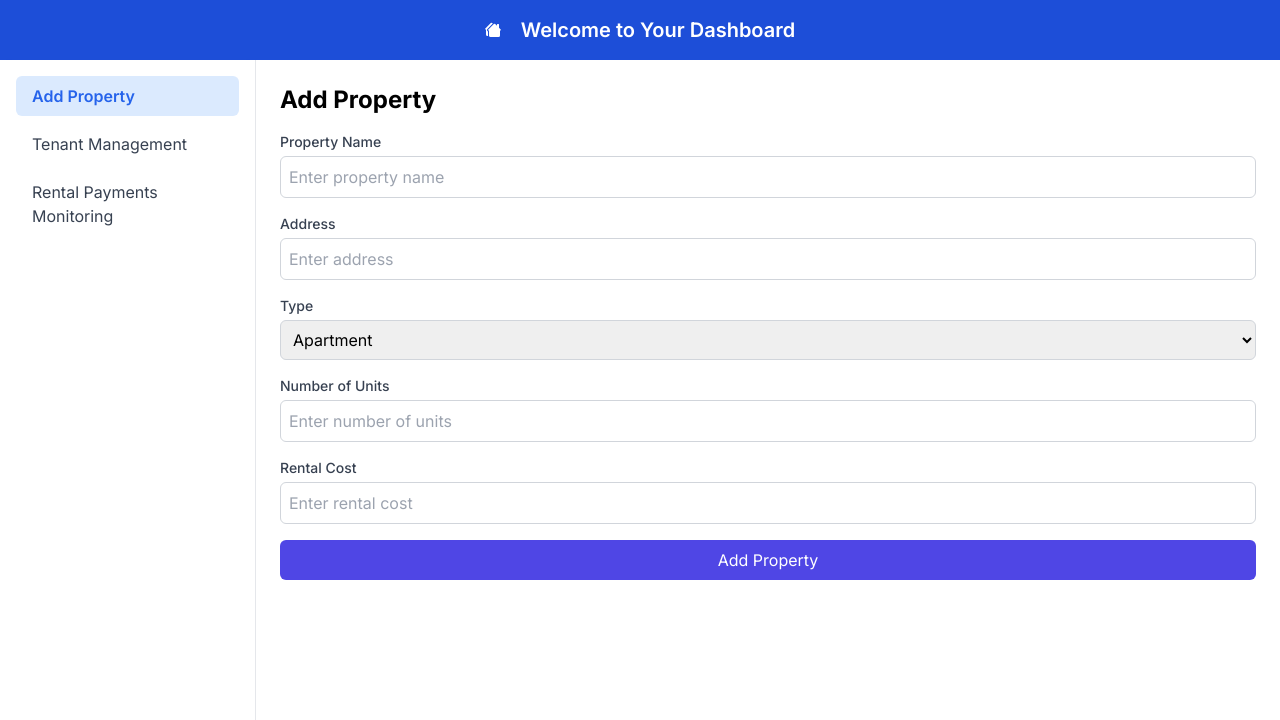
Repository: NassimeElkamari/Horizon-Housing
Page: /dashboard
These files come from the project's save history. The page is drawn as it stood at one moment and after the next save; the edit follows.
The browser window is 1280 px wide. The pictures show the whole page.
The project was rebuilt for these pictures with package versions that can differ from the ones it lists, and the page was loaded fresh each time. The framework's server and built-in components were replaced by stand-ins that run in the browser. Also part of the build but not shown: next.config.mjs, src/components/TenantManagement.tsx, src/components/PropertiesTable.tsx, src/components/RentalPaymentsMonitoring.tsx.

Above is the page before, as saved 2024-08-28 21:02:02.

After the next save:
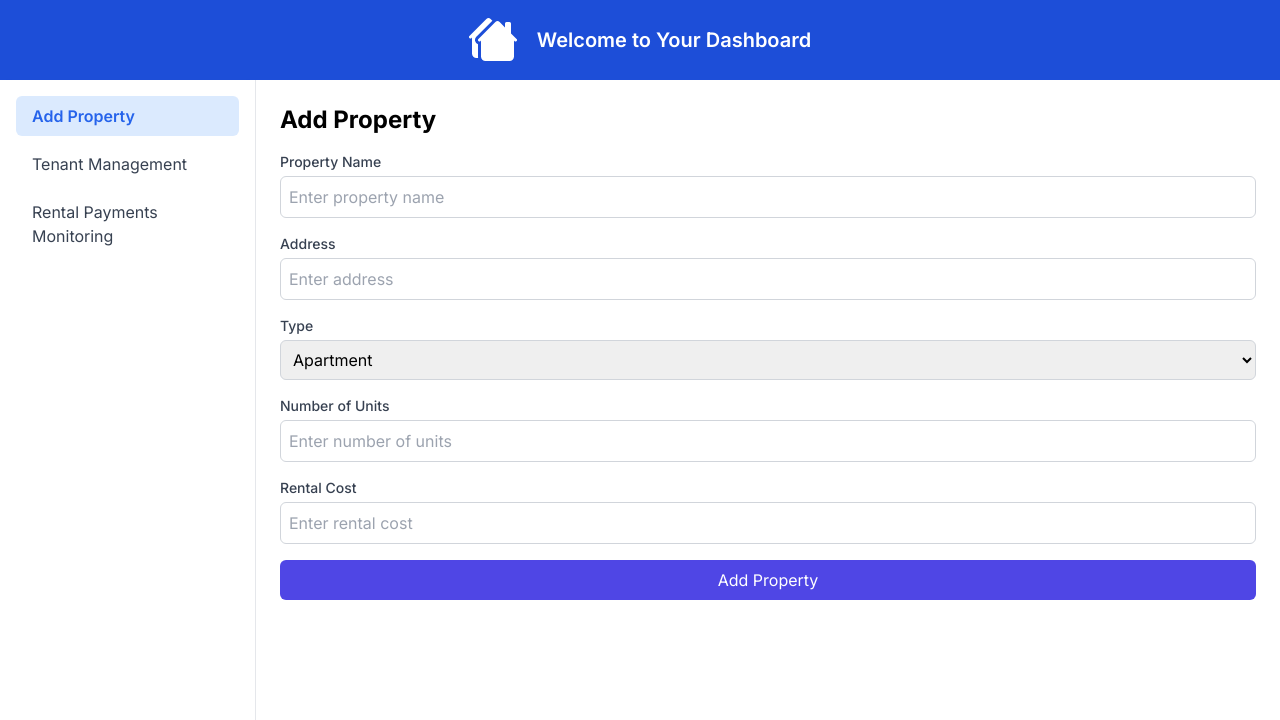
Saved 6 s later.
--- a/src/app/dashboard/page.tsx
+++ b/src/app/dashboard/page.tsx
@@ -14,7 +14,7 @@ const DashboardPage = () => {
   return (
     <div className="min-h-screen flex flex-col bg-gray-50">
       <header className="bg-blue-700 text-white p-4 shadow-md flex justify-center items-center gap-5">
-        <BsFillHousesFill color='white' className='w'/>
+        <BsFillHousesFill color='white' className='w-12 h-12'/>
         <h1 className="text-xl font-semibold text-center">Welcome to Your Dashboard</h1>
       </header>
 
